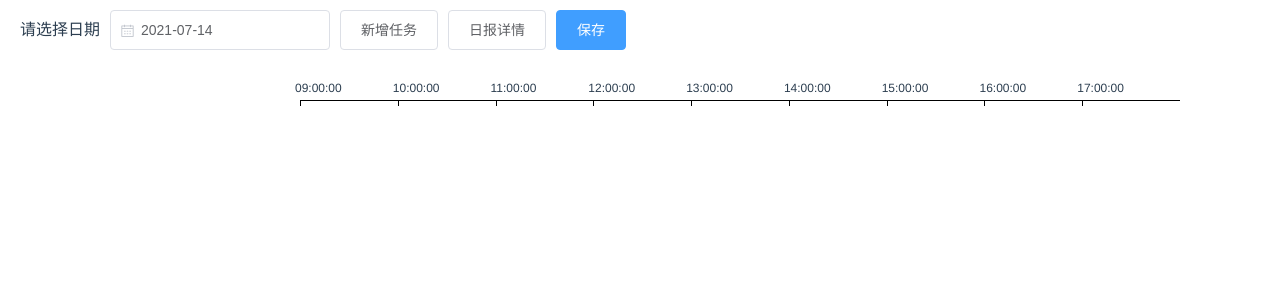
Repository: SeaHeart001/daily-report
Page: /#/axis
An editor plug-in stored every save of this project. The page is shown before and after the next save, followed by the edit.
The browser window is 1280 px wide. The pictures show the whole page.
The project was rebuilt for these pictures with package versions that can differ from the ones it lists, and the page was loaded fresh each time. Also part of the build but not shown: vue.config.js.

Above is the page before, as saved 2021-07-21 10:09:26.

### public/index.html
<!DOCTYPE html>
<html lang="">
  <head>
    <meta charset="utf-8">
    <meta http-equiv="X-UA-Compatible" content="IE=edge">
    <meta name="viewport" content="width=device-width,initial-scale=1.0">
    <link rel="icon" href="<%= BASE_URL %>favicon.ico">
    <title><%= htmlWebpackPlugin.options.title %></title>
  </head>
  <body>

    <noscript>
      <strong>We're sorry but <%= htmlWebpackPlugin.options.title %> doesn't work properly without JavaScript enabled. Please enable it to continue.</strong>
    </noscript>
    <div id="app"></div>
    <!-- built files will be auto injected -->
  </body>
</html>

### src/App.vue
<template>
  <div id="app">
    <AxisIndex msg="Welcome to Your Vue.js App"/>
  </div>
</template>

<script>
import AxisIndex from './components/Axis'

export default {
  name: 'App',
  components: {
    AxisIndex
  }
}
</script>

<style>
*{
  margin: 0;
  padding: 0;
}
#app {
  font-family: Avenir, Helvetica, Arial, sans-serif;
  -webkit-font-smoothing: antialiased;
  -moz-osx-font-smoothing: grayscale;
  text-align: center;
  color: #2c3e50;
  height: 100vh;
}
</style>

### src/components/Axis/components/Axis.vue
<template>
  <div
    style="width: 100%; position: relative"
    ref="lineComponent"
    @mouseup="udown"
    @mouseleave="udown"
  >
    <div class="line-wrap-all-x">
      <div class="line-x-content">
        <div class="line-x">
          <span>09:00:00</span>
        </div>
      </div>
      <div class="line-x-content">
        <div class="line-x">
          <span>10:00:00</span>
        </div>
      </div>
      <div class="line-x-content">
        <div class="line-x">
          <span>11:00:00</span>
        </div>
      </div>
      <div class="line-x-content">
        <div class="line-x">
          <span>12:00:00</span>
        </div>
      </div>
      <div class="line-x-content">
        <div class="line-x">
          <span>13:00:00</span>
        </div>
      </div>
      <div class="line-x-content">
        <div class="line-x">
          <span>14:00:00</span>
        </div>
      </div>
      <div class="line-x-content">
        <div class="line-x">
          <span>15:00:00</span>
        </div>
      </div>
      <div class="line-x-content">
        <div class="line-x">
          <span>16:00:00</span>
        </div>
      </div>
      <div class="line-x-content">
        <div class="line-x">
          <span>17:00:00</span>
        </div>
      </div>
    </div>
    <div
      class="line-wrap-all-y"
      name="mouse-event-div"
      v-if="lineComponentWidth"
      @mousedown="mdown($event)"
    >
      <div
        class="line-y-content"
        v-for="(colItem, index1) in chartsdata"
        :key="index1"
        :class="{ active: currentTaskIndex === index1 }"
        @click="selectCurrentTask(colItem, index1)"
        @contextmenu.prevent="editRowTask($event, colItem, index1)"
      >
        <div class="line-y">
          <div
            class="line-product"
            :style="{ width: 14 * colItem.product.length + 'px' }"
          >
            {{ colItem.product }}
          </div>
        </div>
        <div
          class="content"
          v-for="(rowItem, index2) in colItem.list"
          :key="index1 + '_' + index2"
          :style="lineContentStyle(rowItem)"
          @mousedown="selectCurrentIndex(index1, index2)"
        >
          <div
            v-show="currentItemIndex === index1 + '_' + index2"
            name="mouse-event-target"
            class="left"
            @mousedown="dirEleClick($event, rowItem, index1, index2, -1)"
          ></div>
          <!-- @contextmenu.prevent="editLine($event, rowItem)" editRowTask-->
          <div
            class="time-line"
            :class="{ even: index2 % 2 == 1 }"
            @mouseup="udown"
            @mousedown="moveContent($event, rowItem, index1, index2)"
            @contextmenu.prevent.stop="() => {}"
          >
            <div class="line-remark">{{ rowItem.remark }}</div>
            <div class="start-time">
              {{ rowItem.pre_package_time.slice(10, 16) }}
            </div>
            <div class="end-time">{{ rowItem.pre_release_time.slice(10, 16) }}</div>
          </div>
          <div
            v-show="currentItemIndex === index1 + '_' + index2"
            name="mouse-event-target"
            class="right"
            @mousedown="dirEleClick($event, rowItem, index1, index2, 1)"
          ></div>
        </div>
      </div>
    </div>

    <div
      v-show="editTaskRowShow"
      class="edit-line-poppover"
      :style="{
        top: `${contextmenuTop + 5}px`,
        left: `${contextmenuLeft + 5}px`,
      }"
    >
      <el-link type="primary" @click="addTaskLine">增加进度</el-link><br />
      <el-link type="primary" @click="removeTaskRow">删除任务</el-link><br />
    </div>
    <daily-task-detail
      ref="DailyTaskDetail"
      :daily="daily"
      :chartsdata="chartsdata"
    ></daily-task-detail>
    <add-time-line-remark
      @addLineToCurrentTask="addLineToCurrentTask"
      ref="AddTimeLineRemark"
    ></add-time-line-remark>
  </div>
</template>

<script>
// 1. 每个元素的长度为 release - package;
// 2. 元素的位置为left : release - (time :09:00:00) / timeLength;

import { format } from "@/utils/utils.js";
import DailyTaskDetail from "../../AxisDialog/DailyTaskDetail.vue";

import AddTimeLineRemark from "../TimeSelect/AddTimeLineRemark.vue";

// const time = new Date().toISOString().slice(0, 10);
const timeLength = 9 * 60 * 60 * 1000; //总时长的毫秒数S
const errorTime = 1000 * 60; //由于js小数位的计算误差，暂设1分钟的时间处理误差

export default {
  name: "hello",
  props: {
    daily: {
      type: String,
      default: format(new Date().getTime(), "YYYY-MM-DD"),
    },
  },
  components: {
    DailyTaskDetail,
    AddTimeLineRemark,
  },
  watch: {
    daily(value) {
      //console.log(value, 'dayli');
      if (this.chartsdata.length === 0) {
        return;
      }
      let reg = /(\d{4})-(\d{2})-(\d{2})/;
      for (let i = 0; i < this.chartsdata.length; i++) {
        let chartsList = this.chartsdata[i].list;
        //console.log(chartsList);
        chartsList.forEach((item) => {
          item.pre_package_time = item.pre_package_time.replace(
            reg,
            this.daily
          );
          item.pre_release_time = item.pre_release_time.replace(
            reg,
            this.daily
          );
        });
      }
    },
  },
  data() {
    return {
      elePosX: 0, //记录每次拖动元素时元素的鼠标位置
      lineComponentLeft: 0, //组件整体离浏览器视口的位置
      lineComponentWidth: 0, //组件整体的width
      currentItemIndex: 0,
      rowItemData: null,
      index_1: 0,
      index_2: 0,
      directive: 0,
      exTime: (60 * 60 * 1000) / 2, //任务的最小时间差
      chartsdata: [

      ],
      currentTask: {},
      currentTaskIndex: -1,
      contextmenuTop: 0,
      contextmenuLeft: 0,
      editTaskRowShow: false,
      currentSelectTimeList: [],
      addLineToIndex: 0,
    };
  },
  mounted() {
    this.lineComponentWidth = this.$refs.lineComponent.offsetWidth;
    setTimeout(() => {
      //滚动条出现时需要重新计算宽度，暂没有找到更合适方式监视滚动条消失出现
      this.lineComponentWidth = this.$refs.lineComponent.offsetWidth;
    }, 300);

    window.onresize = () => {
      this.lineComponentWidth = this.$refs.lineComponent.offsetWidth;
    };
  },
  computed: {
    ableSelectTimeList() {
      let arr = this.currentSelectTimeList.filter((item1, index) => {
        return index % 2 == 0;
      });
      return arr;
    },
  },
  methods: {
    openTaskDetail() {
      this.$refs.DailyTaskDetail.open();
    },

    selectCurrentTask(data, index) {
      this.currentTask = data;
      this.currentTaskIndex = index;
      this.editTaskRowShow = false;
    },

    editRowTask(event, data, index) {
      this.currentTask = data;
      this.currentTaskIndex = index;
      this.contextmenuTop =
        event.clientY - this.$refs.lineComponent.getBoundingClientRect().top;
      this.contextmenuLeft = event.clientX - 300;
      this.editTaskRowShow = true;
    },

    showEditLineDialog() {
      this.editTaskRowShow = false;
    },

    removeTaskRow() {
      this.editTaskRowShow = false;
      this.chartsdata.splice(this.currentTaskIndex, 1);
    },

    //增加进度
    addTaskLine() {
      let arr = [];
      this.currentSelectTimeList = [];
      arr.push(this.daily + " 09:00:00");
      for (let i = 0; i < this.currentTask.list.length; i++) {
        arr.push(this.currentTask.list[i].pre_package_time);
        arr.push(this.currentTask.list[i].pre_release_time);
      }
      arr.push(this.daily + " 18:00:00");
      for (let j = 0; j < arr.length - 1; j++) {
        this.currentSelectTimeList.push([arr[j], arr[j + 1]]);
      }
      this.editTaskRowShow = false;
      let time =
        Math.floor(
          (this.contextmenuLeft / this.lineComponentWidth) * timeLength
        ) + new Date(this.daily + " 09:00:00").getTime();
      console.log(time);
      this.addTaskLimit(time);
    },

    addTaskLimit(time) {
      console.log(this.ableSelectTimeList);
      let arr = [];
      for (let i = 0; i < this.ableSelectTimeList.length; i++) {
        let st = new Date(this.ableSelectTimeList[i][0]).getTime();
        let et = new Date(this.ableSelectTimeList[i][1]).getTime();
        if (time >= st && time + this.exTime <= et) {
          console.log(11111);
          this.addLineToIndex = i;
          arr[0] = time;
          arr[1] = time + this.exTime;
          break;
        }
      }
      if (arr.length) {
        this.$refs.AddTimeLineRemark.show(arr);
      } else {
        this.$message.error("请合理安排时间");
      }
    },

    addLineToCurrentTask(data) {
      console.log(this.addLineToIndex);
      this.currentTask.list.splice(this.addLineToIndex, 0, data);
    },

    //编辑进度
    editLine(event, data) {
      let { pre_package_time, pre_release_time, remark } = data;
      this.rowItemData = data;
      this.$set(this.rowItemData, "pre_package_time", pre_package_time);
      this.$set(this.rowItemData, "pre_release_time", pre_release_time);
      this.$set(this.rowItemData, "remark", remark);
      console.log(data, this.currentTask, this.rowItemData, event);
      //this.editLineShow = true;
      this.contextmenuTop =
        event.clientY - this.$refs.lineComponent.getBoundingClientRect().top;
      this.contextmenuLeft = event.clientX - 300;
    },

    addTask(task) {
      this.chartsdata.push(task);
      setTimeout(() => {
        //滚动条出现时需要重新计算宽度，暂没有找到更合适方式监视滚动条消失出现
        this.lineComponentWidth = this.$refs.lineComponent.offsetWidth;
      }, 300);
    },

    selectCurrentIndex(index1, index2) {
      this.currentItemIndex = index1 + "_" + index2;
      this.index_1 = index1;
      this.index_2 = index2;
      this.editTaskRowShow = false;
    },

    //元素移动碰撞边界

    lineContentStyle(item) {
      let width =
        Math.floor(
          ((new Date(item.pre_release_time) - new Date(item.pre_package_time)) *
            this.lineComponentWidth) /
            timeLength
        ) +
        1 +
        "px";
      let left =
        Math.floor(
          ((new Date(item.pre_package_time) -
            new Date(this.daily + " 09:00:00")) *
            this.lineComponentWidth) /
            timeLength
        ) + "px";
      return {
        width,
        left,
      };
    },

    computedTime(e) {
      // (timex / timeLength) = (disx / lineComponentWidth)
      let disX = e.clientX - this.elePosX;
      let disTime = Math.floor((disX / this.lineComponentWidth) * timeLength);
      return disTime;
    },

    udown() {
      document.onmousemove = null;
    },

    mdown(event) {
      if (event.which !== 1) {
        //限制鼠标右键
        return;
      }
      if (event.target.getAttribute("name") !== "mouse-event-target") {
        return;
      }
      let data = this.chartsdata[this.index_1].list[this.index_2];
      let pre_package_time = new Date(data.pre_package_time).getTime();
      let pre_release_time = new Date(data.pre_release_time).getTime();

      document.onmousemove = (e) => {
        this.$nextTick(() => {
          let dT = this.computedTime(e);
          let compareTime = this.compareTimeLint();
          if (this.directive < 0) {
            //修改pre_package_time

            if (
              pre_package_time + dT >= compareTime.lint1 + errorTime &&
              pre_package_time + dT <= compareTime.lint2 - errorTime
            ) {
              data.pre_package_time = format(pre_package_time + dT);
            } else if (pre_package_time + dT < compareTime.lint1 + errorTime) {
              data.pre_package_time = format(compareTime.lint1);
            } else if (pre_package_time + dT > compareTime.lint2 - errorTime) {
              data.pre_package_time = format(compareTime.lint2);
            } else {
              data.pre_package_time = data.pre_package_time;
            }
          } else {
            //修改pre_release_time

            if (
              pre_release_time + dT >= compareTime.lint2 + errorTime &&
              pre_release_time + dT <= compareTime.lint1 - errorTime
            ) {
              data.pre_release_time = format(pre_release_time + dT);
            } else if (pre_release_time + dT < compareTime.lint2 + errorTime) {
              data.pre_release_time = format(compareTime.lint2);
            } else if (pre_release_time + dT > compareTime.lint1 - errorTime) {
              data.pre_release_time = format(compareTime.lint1);
            } else {
              data.pre_release_time = data.pre_release_time;
            }
          }
        });
      };
    },

    compareTimeLint() {
      let lint1 = 0; //与其他时间段发生碰撞
      let lint2 = 0; //与自己发生碰撞
      let data = this.chartsdata[this.index_1].list;
      let compareIndex = this.index_2 + this.directive;
      let maxIndex = this.chartsdata[this.index_1].list.length - 1;
      let exTime = this.exTime; //这里可以设置最小时间半小时60*60*1000/2

      if (this.directive < 0) {
        lint2 =
          new Date(data[this.index_2].pre_release_time).getTime() - exTime;

        if (compareIndex < 0) {
          lint1 = new Date(this.daily + " 09:00:00").getTime();
        } else {
          lint1 = new Date(data[compareIndex].pre_release_time).getTime();
        }
      } else {
        lint2 =
          new Date(data[this.index_2].pre_package_time).getTime() + exTime;
        if (compareIndex > maxIndex) {
          lint1 = new Date(this.daily + " 18:00:00").getTime();
        } else {
          lint1 = new Date(data[compareIndex].pre_package_time).getTime();
        }
      }
      return { lint1, lint2 };
    },

    dirEleClick(event, rowItem, index1, index2, dir) {
      if (event.which !== 1) {
        //限制鼠标右键
        return;
      }
      //模拟点击事件，没办法，事件的捕获机制让我不得不这么做
      console.log(event);
      event.preventDefault();
      console.log(event, rowItem, index1, index2, dir);
      this.lineComponentLeft =
        this.$refs.lineComponent.getBoundingClientRect().left;
      this.lineComponentWidth = this.$refs.lineComponent.offsetWidth;

      this.rowItemData = rowItem;
      this.index_1 = index1;
      this.index_2 = index2;
      this.directive = dir;
      this.elePosX = event.clientX;
    },

    //整体移动
    moveContent(event, rowItem, index1, index2) {
      if (event.which !== 1) {
        //限制鼠标右键
        return;
      }
      event.preventDefault();
      this.lineComponentLeft =
        this.$refs.lineComponent.getBoundingClientRect().left;
      this.lineComponentWidth = this.$refs.lineComponent.offsetWidth;
      this.rowItemData = rowItem;
      this.index_1 = index1;
      this.index_2 = index2;

      let compareData = this.chartsdata[this.index_1].list;
      let maxIndex = this.chartsdata[this.index_1].list.length - 1;
      let prevIndex = index2 - 1;
      let prevLint = 0;
      let nextIndex = index2 + 1;
      let nextLint = 0;
      let data = this.chartsdata[this.index_1].list[this.index_2];
      let pre_package_time = new Date(data.pre_package_time).getTime();
      let pre_release_time = new Date(data.pre_release_time).getTime();
      if (prevIndex < 0) {
        prevLint = new Date(this.daily + " 09:00:00").getTime();
      } else {
        prevLint = new Date(compareData[prevIndex].pre_release_time).getTime();
      }
      if (nextIndex > maxIndex) {
        nextLint = new Date(this.daily + " 18:00:00").getTime();
      } else {
        nextLint = new Date(compareData[nextIndex].pre_package_time).getTime();
      }

      let elePosX1 = event.clientX;

      document.onmousemove = (e) => {
        this.$nextTick(() => {
          let dT = Math.floor(
            ((e.clientX - elePosX1) / this.lineComponentWidth) * timeLength
          );
          data.pre_package_time = format(pre_package_time + dT);
          data.pre_release_time = format(pre_release_time + dT);

          if (dT > 0 && pre_release_time + dT > nextLint - errorTime) {
            data.pre_package_time = format(
              nextLint - (pre_release_time - pre_package_time)
            );
            data.pre_release_time = format(nextLint);
          }

          if (dT < 0 && pre_package_time + dT < prevLint + errorTime) {
            data.pre_package_time = format(prevLint);
            data.pre_release_time = format(
              prevLint + (pre_release_time - pre_package_time)
            );
          }
        });
      };
    },
  },
};
</script>

<!-- Add "scoped" attribute to limit CSS to this component only -->
<style lang="stylus">
.line-wrap-all-x {
  position: absolute;
  top: 0;
  width: 100%;
  height: 100%;
  display: flex;
  border-top: 1px solid #000;

  .line-x-content {
    flex: 1;
    height: 100%;
    position: relative;

    .line-x {
      height: 5px;
      border-right: 1px solid #000;
      position: absolute;
      top: 0;
      z-index: 1;

      span {
        position: absolute;
        top: -20px;
        left: -5px;
      }
    }
  }
}

.line-wrap-all-y {
  height: 100%;
  width: 100%;
  border-left: 1px solid #000;

  .line-y-content {
    position: relative;
    width: 100%;
    height: 200px;
    top: 1px;

    .line-product {
      max-width: 200px;
      position: absolute;
      top: 50%;
      transform: translate(-100%, -50%);
      padding: 10px;
      text-align: left;
      font-size: 14px;
      pointer-events: none;
    }

    &.active {
      background-color: #eee;
    }

    .line-y {
      height: 100%;
      width: 5px;
      border-bottom: 1px solid #000;
      position: absolute;
      top: -1px;
      z-index: 1;
    }

    .content {
      position: absolute;
      height: 30px;
      top: 20px;

      .time-line {
        background-color: red;
        width: 100%;
        height: 30px;
        position: relative;
        border-radius: 5px;

        .start-time, .end-time {
          position: absolute;
          top: 30px;
          pointer-events: none;
        }

        &.even {
          .start-time, .end-time {
            top: -15px;
          }
        }

        .start-time {
        }

        .end-time {
          right: 0;
          transform: translateX(100%);
        }

        .line-remark {
          width: 100%;
          box-sizing: border-box;
          line-height: 15px;
          max-height: 120px;
          position: absolute;
          top: 40px;
          pointer-events: none;
          text-align: left;
          overflow: hidden;
          text-indent: 20px;
          margin: 5px 0;
          padding: 0 5px;
          word-break: break-all;
        }
      }

      .left, .right {
        width: 0;
        height: 0;
        border-radius: 5px;
        // background-color: green;
        // width: 16px;
        // height: 16px;
        cursor: pointer;
        position: absolute;
        top: 0;
        z-index: 99;

        &.left {
          left: 0;
          border-left: 15px solid green;
          border-bottom: 15px solid transparent;
          border-top: 15px solid transparent;
        }

        &.right {
          right: 0;
          border-right: 15px solid green;
          border-bottom: 15px solid transparent;
          border-top: 15px solid transparent;
        }
      }
    }
  }
}

.edit-line-poppover {
  position: absolute;
  min-width: 40px;
  min-height: 20px;
  padding: 10px;
  box-shadow: 0 2px 4px rgba(0, 0, 0, 0.12), 0 0 6px rgba(0, 0, 0, 0.04);
  background-color: white;
  z-index: 109;
}
</style>

### src/components/AxisDialog/DailyTaskDetail.vue
<template>
  <el-dialog
    align="left"
    title="日报详情"
    :visible.sync="dialogVisible"
    width="30%"
    :before-close="handleClose"
    class="daily-task-detail-wrapper"
  >
    <div class="date-title">{{ daily }}</div>
    <div class="task-content-wrapper">
      <div class="content" v-for="(item, index1) in chartsdata" :key="index1">
        <div class="task-product">{{ index1 + 1 }}. {{ item.product }}</div>
        <div class="task-time-remark" v-for="(item2, index2) in item.list" :key="index1 + '-' + index2">
            <span>{{item2.pre_package_time.slice(11)}} - {{item2.pre_release_time.slice(11)}}</span>
            &nbsp;
            <span>{{item2.remark}}</span>
        </div>
      </div>
    </div>
  </el-dialog>
</template>

<script>
export default {
  name: "DailyTaskDetail",
  props: {
    daily: String,
    chartsdata: {
      type: Array,
      default: () => [],
    },
  },
  data() {
    return {
      dialogVisible: false,
    };
  },
  methods: {
    open() {
      this.dialogVisible = true;
    },

    handleClose(done) {
      this.dialogVisible = false;
      done instanceof Function && done();
    },
  },
};
</script>

<style lang="stylus">
.daily-task-detail-wrapper {
  .el-dialog__body {
    padding: 0 20px 20px;
  }

  .date-title {
    height: 20px;
    font-size: 16px;
    font-weight: 600;
  }

  .task-content-wrapper {
    .content {
      padding-top: 10px;
      .task-product {
        font-size: 16px;
        text-indent: 20px;
      }
      .task-time-remark{
          padding: 10px 20px 0;
      }
    }
  }
}
</style>

### src/components/Axis/TimeSelect/AddTimeLineRemark.vue
<template>
  <el-dialog
    align="left"
    :show-close="false"
    :close-on-click-modal="false"
    title="进度描述"
    :visible.sync="dialogVisible"
    width="30%"
    :before-close="handleClose"
  >
    <el-form
      :model="ruleForm"
      :rules="rules"
      ref="ruleForm"
      label-width="100px"
    >
      <el-form-item label="描述" prop="remark">
        <el-input v-model="ruleForm.remark"></el-input>
      </el-form-item>
    </el-form>

    <span slot="footer" class="dialog-footer">
      <el-button @click="handleClose()">取 消</el-button>
      <el-button type="primary" @click="saveForm()">确 定</el-button>
    </span>
  </el-dialog>
</template>

<script>
import { format } from "@/utils/utils.js";
export default {
  name: "addTimeLineRemark",
  props: {
    daily: {
      type: String,
      default: format(new Date().getTime(), "YYYY-MM-DD"),
    }
  },
  data() {
    return {
      ruleForm: {
        remark: "",
      },
      pre_package_time: '',
      pre_release_time: '',
      dialogVisible: false,
      rules: {
        remark: [
          { required: true, message: "请输入任务描述", trigger: "blur" },
        ],
      },
    };
  },
  methods: {
    show(arr) {
      console.log(arr)
      this.pre_package_time = arr[0];
      this.pre_release_time = arr[1];
      this.dialogVisible = true;
    },

    saveForm() {
      let obj = {};
      this.$refs.ruleForm.validate((valid) => {
        if (valid) {
          console.log(this.ruleForm);
          obj.pre_package_time = format(this.pre_package_time);
          obj.pre_release_time = format(this.pre_release_time);
          obj.remark = this.ruleForm.remark;
          console.log(obj);
          this.$emit('addLineToCurrentTask', obj);
          this.handleClose();
        } else {
          console.log("error submit!!");
          return false;
        }
      });
    },

    handleClose(done) {
      this.dialogVisible = false;
      this.$refs.ruleForm.resetFields();
      done && done();
    },
  },
};
</script>

<style>
</style>

Loaded but not shown: src/main.js (177 lines, source omitted); src/utils/utils.js (37 lines, source omitted); src/components/Axis/index.vue (193 lines, source omitted)

After the next save:
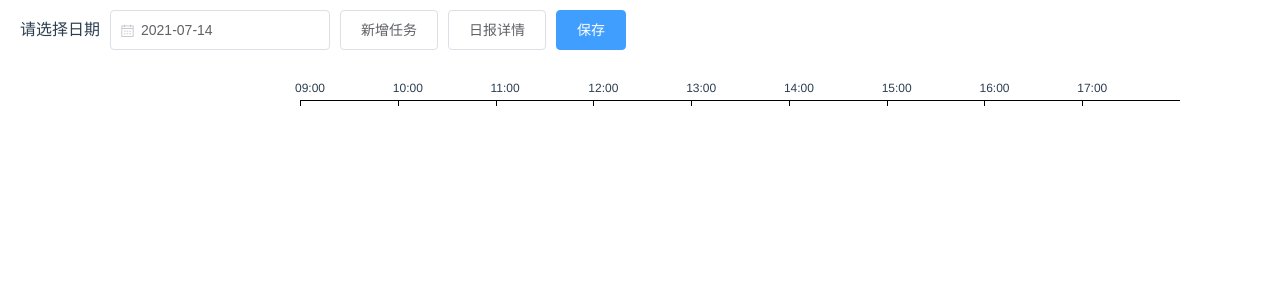
Saved 40 s later.
--- a/src/components/Axis/components/Axis.vue
+++ b/src/components/Axis/components/Axis.vue
@@ -8,47 +8,47 @@
     <div class="line-wrap-all-x">
       <div class="line-x-content">
         <div class="line-x">
-          <span>09:00:00</span>
-        </div>
-      </div>
-      <div class="line-x-content">
-        <div class="line-x">
-          <span>10:00:00</span>
-        </div>
-      </div>
-      <div class="line-x-content">
-        <div class="line-x">
-          <span>11:00:00</span>
-        </div>
-      </div>
-      <div class="line-x-content">
-        <div class="line-x">
-          <span>12:00:00</span>
-        </div>
-      </div>
-      <div class="line-x-content">
-        <div class="line-x">
-          <span>13:00:00</span>
-        </div>
-      </div>
-      <div class="line-x-content">
-        <div class="line-x">
-          <span>14:00:00</span>
-        </div>
-      </div>
-      <div class="line-x-content">
-        <div class="line-x">
-          <span>15:00:00</span>
-        </div>
-      </div>
-      <div class="line-x-content">
-        <div class="line-x">
-          <span>16:00:00</span>
-        </div>
-      </div>
-      <div class="line-x-content">
-        <div class="line-x">
-          <span>17:00:00</span>
+          <span>09:00</span>
+        </div>
+      </div>
+      <div class="line-x-content">
+        <div class="line-x">
+          <span>10:00</span>
+        </div>
+      </div>
+      <div class="line-x-content">
+        <div class="line-x">
+          <span>11:00</span>
+        </div>
+      </div>
+      <div class="line-x-content">
+        <div class="line-x">
+          <span>12:00</span>
+        </div>
+      </div>
+      <div class="line-x-content">
+        <div class="line-x">
+          <span>13:00</span>
+        </div>
+      </div>
+      <div class="line-x-content">
+        <div class="line-x">
+          <span>14:00</span>
+        </div>
+      </div>
+      <div class="line-x-content">
+        <div class="line-x">
+          <span>15:00</span>
+        </div>
+      </div>
+      <div class="line-x-content">
+        <div class="line-x">
+          <span>16:00</span>
+        </div>
+      </div>
+      <div class="line-x-content">
+        <div class="line-x">
+          <span>17:00</span>
         </div>
       </div>
     </div>
